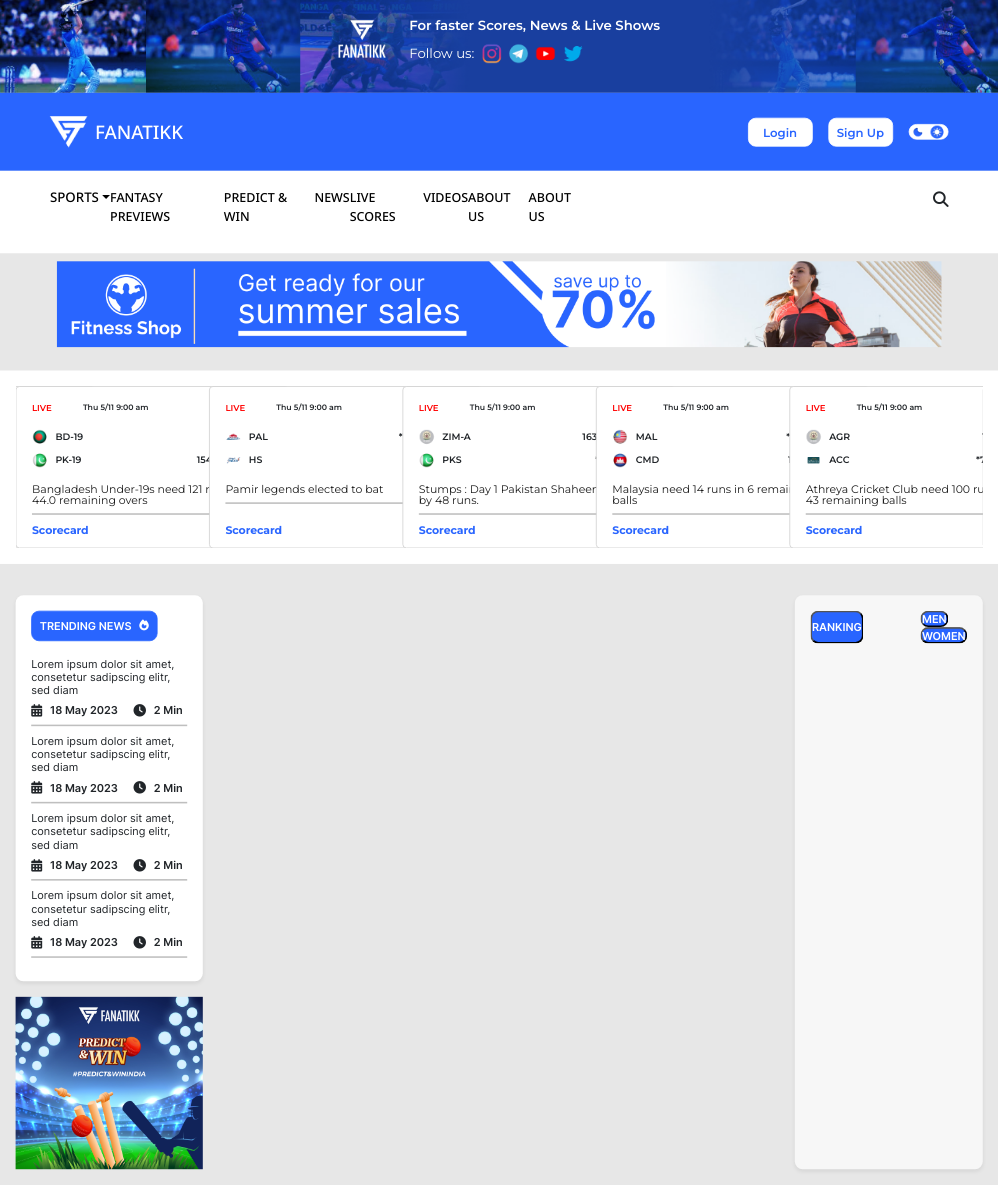
Repository: FlyweisReact/Kannapa
Page: /
An editor plug-in stored every save of this project. The page is shown before and after the next save, followed by the edit.
The browser window is 1280 px wide. The pictures show the whole page, at 78% of full size.
Some web libraries are served in a nearby version. The project was rebuilt for these pictures with package versions that can differ from the ones it lists, and the page was loaded fresh each time. Also part of the build but not shown: src/Components/Layout/Footer.js, src/Components/Sliders/Index-video-Slider.js, src/Components/firstScreen.jsx, src/Components/secondScreen.jsx, src/Components/thirdScreen.jsx, src/Components/fourthScreen.jsx, src/CSS/Footer.css.

Above is the page before, as saved 2023-06-03 15:58:56.

### public/index.html
<!DOCTYPE html>
<html lang="en">
  <head>
    <meta charset="utf-8" />
    <link rel="icon" href="%PUBLIC_URL%/favicon.ico" />
    <meta name="viewport" content="width=device-width, initial-scale=1" />
    <meta name="theme-color" content="#000000" />
    <meta
      name="description"
      content="Web site created using create-react-app"
    />
    <link rel="apple-touch-icon" href="%PUBLIC_URL%/logo192.png" />

    <link rel="manifest" href="%PUBLIC_URL%/manifest.json" />
    <link href="https://fonts.googleapis.com/css2?family=Roboto+Mono:ital,wght@1,300&display=swap" rel="stylesheet">
    <title>React App</title>
  </head>
  <body>
    <noscript>You need to enable JavaScript to run this app.</noscript>
    <div id="root"></div>
    <script src="https://code.jquery.com/jquery-3.6.0.min.js"></script>
    <script src="https://kit.fontawesome.com/b533b351e4.js" crossorigin="anonymous"></script>
  </body>
</html>

### src/CSS/Navbar.css
/**
 * === navbar styling ====
 *
 * @format
 */
.Stick-navbar{
    height: 100%;
    transition: box-shadow 0.3s ease;
    height: 100px;
}
.Navbar {
  display: flex;
  justify-content: space-between;
  background: #2965ff;
  padding: 20px;
  width: 100%;
  gap: 20px;
  position: fixed !important;
  top: 0;
  z-index: 999;
  transition: box-shadow 0.3s ease;
  align-items: center;
}

.Navbar .Left_Container {
  width: 30%;
}
.Navbar .Left_Container .Logo_Div {
  display: flex;
  gap: 10px;
  justify-content: center;
  align-items: center;
}
.Navbar .Left_Container .Logo_Div p {
  color: #fff;
  font-size: var(--mediumFont);
  margin: 0;
}
.Navbar .Left_Container .Logo_Div img {
  width: 47.73px;
  height: 40px;
}

.Navbar .Right_Container {
  width: 70%;
  display: flex;
  justify-content: center;
  gap: 40px;
}
.Navbar .Right_Container .Item {
  display: flex;
  justify-content: baseline;
}

.Navbar .Right_Container .Item p {
  font-size: 16px;
  cursor: pointer;
  color: #ffffff;
  padding-top: 2px;
}

.Navbar .Right_Container .Item .DropDown {
  border: none;
  color: #fff;
  font-size: 17px;
  cursor: pointer;
  color: #ffffff;
  margin: 0;
  padding: 0;
}
.Navbar .Right_Container .Item .fa-magnifying-glass {
  color: #fff;
  font-size: 18px;
  cursor: pointer;
  padding-top: 7px;
}
.Navbar .Right_Container .Item .Toggle{
  width: 51.43px;
  height: 19.03px;
  display: flex;
  justify-content: space-between;
  align-items: center;
  padding-left: 5px;
  padding-right: 5px;
  border-radius: 10px;
  background-color: #fff;
  border: 1px solid #fff;
  cursor: pointer;
  align-items: center;
  margin-top: 8px;
}


/* Header 2 */
.Header1 {
  background-image: url("../../public/Images/22.png");
  color: #ffffff;
  width: 100%;
  background-repeat: no-repeat;
  background-size: cover;
  height: 119px;
  padding: 20px;
}
.Header1 .Main {
  display: flex;
  align-items: center;
  justify-content: center;
  gap: 30px;
}
.Header1 .Main p {
  margin: 0;
}
.Header1 .Main .Head {
  font-family: MontserratNormal;
  font-weight: 600;
  font-size: 17px;
  color: #ffffff;
}

.Header1 .Main .Two {
  display: flex;
  gap: 10px;
  margin-top: 10px;
  align-items: center;
}
.Header1 .Main .Two p {
  font-family: MontserratNormal;
  font-style: normal;
  font-weight: 400;
  font-size: 17px;
  line-height: 17px;
  color: #ffffff;
}
.Header1 .Main .Social {
  display: flex;
  gap: 10px;
  align-items: center;
}

/* Fading Navbar */

.Fading_Nav {
  display: flex;
  justify-content: space-between;
  background: #2965ff;
  padding: 30px;
  width: 100%;
  gap: 20px;
  align-items: center;
  padding-left: 5%;
  padding-right: 5%;
}

.Fading_Nav .Left_Container {
  width: 30%;
}
.Fading_Nav .Left_Container .Logo_Div {
  display: flex;
  gap: 10px;
  justify-content: flex-start;
  align-items: center;
}
.Fading_Nav .Left_Container .Logo_Div p {
  color: #fff;
  font-size: var(--mediumFont);
  margin: 0;
}
.Fading_Nav .Left_Container .Logo_Div img {
  width: 47.73px;
  height: 40px;
}

.Fading_Nav .Right_Container {
  width: 70%;
  display: flex;
  justify-content: flex-end;
  gap: 20px;
  align-items: center;
}
.Fading_Nav .Right_Container button {
  font-family: MontserratNormal;
  font-style: normal;
  font-weight: 600;
  width: 83px;
  height: 37px;
  border-radius: 10px;
  font-size: 15px;
  line-height: 19px;
  color: #2965ff;
  background-color: #fff;
  border: 1px solid #fff;
  cursor: pointer;
}
.Fading_Nav .Right_Container .Toggle {
  width: 51.43px;
  height: 19.03px;
  display: flex;
  justify-content: space-between;
  align-items: center;
  padding-left: 5px;
  padding-right: 5px;
}


/* Fading Category */
.Fading_Category{
    display: flex;
    justify-content: space-between;
    padding: 20px;
    background-color: #fff;
    padding-left: 5%;
    padding-right: 5%;
}
.Fading_Category .Left_Container {
    display: flex;
    justify-content: space-between;
    width: 60%;
}

.Fading_Category .Left_Container .Item {
    display: flex;
    justify-content: baseline;
  }

  .Fading_Category .Left_Container .Item p {
    font-size: 16px;
    cursor: pointer;
    color: #000;
    padding-top: 2px;
  }

  .Fading_Category .Left_Container .Item .DropDown {
    border: none;
    font-size: 17px;
    cursor: pointer;
    color: #000;
    margin: 0;
    padding: 0;
    border: none;
  }

.Fading_Category .Right_Container i{
    font-size: 20px;
    padding-top: 7px;
}


/* Fading Effect */
.HomePage{
    min-height: 200vh;
}
.fade-out{
    opacity: 0;
    transition: opacity 0.5s;
    height: 0;
    overflow: hidden;
}
.fade-in{
    opacity: 1;
    transition: opacity 0.5s;
    height: auto;
    overflow: hidden;
    width: 100%;
}

### src/CSS/Component.css
/** @format */

/* Fading Header */

/* Home Screen */
.Index_Center_Banner {
  width: 100%;
  padding: 10px;
}

.Index_Center_Banner img {
  width: 90%;
  display: block;
  margin: auto;
}

.Index_Center_GIF {
  width: 100%;
  padding: 10px;
}

.Index_Center_GIF img {
  width: 90%;
  display: block;
  margin: auto;
  height: 500px;
}

.Index_Center_Desc {
  display: flex;
  width: 90%;
  padding: 10px;
  margin: auto;
}

.Index_Center_Desc .Main_Comp {
  text-align: left;
}
.Index_Center_Desc .Main_Comp .head {
  font-size: 36px;
  color: #1d1d1d;
  text-shadow: 0px 1px 1px rgba(37, 37, 37, 0.5);
  margin: 0;
}

.Index_Center_Desc .Main_Comp .Two_Sec {
  display: flex;
  gap: 10px;
  align-items: flex-start;
}
.Index_Center_Desc .Main_Comp .Two_Sec img {
  height: 20px;
  margin-top: 4px;
}

.Index_Center_Desc .Main_Comp .Two_Sec p {
  color: rgba(29, 29, 29, 0.6);
  text-shadow: 0px 1px 1px rgba(37, 37, 37, 0.5);
  font-style: italic;
}

.Index_Center_Desc .Main_Comp .desc p {
  font-size: 16px;
  line-height: 24px;
  align-items: center;
  color: rgba(29, 29, 29, 0.6);
  max-width: 60%;
  font-style: italic;
  margin: 0;
}
.first5 p u {
  color: #333;
}

.Index_Logo_Div {
  display: flex;
  justify-content: space-between;
  align-items: center;
  width: 90%;
  margin: auto;
  padding-top: 10px;
  padding-bottom: 10px;
}
.Index_Logo_Div .Left_Comp {
  display: flex;
  gap: 10px;
  align-items: center;
}
.Index_Logo_Div .Right_Comp img {
  cursor: pointer;
}

.Index_Video_Slider {
  width: 90%;
  display: block;
  margin: auto;
  padding-top: 10px;
  padding-bottom: 10px;
}

.Video_Slider {
  width: 100%;
  /* padding: 20px; */
  display: block;
  margin: auto;
}
.Video_Slider .Main_Item {
  background: #ffffff;
  border: 1px solid #1d1d1d;
  border-radius: 10px;
  height: 400px;
}
.Video_Slider .Main_Item img {
  width: 100%;
  border-radius: 10px 10px 0px 0px;
}
.Video_Slider .Main_Item p {
  padding: 10px;
  font-family: Montserrat;
  font-size: 15px;
  line-height: 18px;
  color: #1d1d1d;
}
.Video_Slider .Main_Item:focus {
  outline: none;
}

.Index_Center_Button {
  width: 90%;
  display: block;
  margin: auto;
  padding-top: 10px;
  padding-bottom: 10px;
  margin-top: 2%;
  position: relative;
}
.Index_Center_Button button {
  font-family: Montserrat;
  font-size: 16px;
  line-height: 20px;
  text-transform: uppercase;
  width: 256px;
  color: #ffffff;
  background: #2965ff;
  border: 1px solid #2965ff;
  border-radius: 25px;
  padding: 10px;
  display: block;
  margin: auto;
}

.Index_Center_Button .empty {
  height: 4px !important;
  position: absolute;
  top: 50%;
  left: 50%;
  transform: translate(-50%, -50%);
  z-index: -1;
  background-color: #2965ff;
  width: 100%;
}

.Index_Three_Cont {
  width: 90%;
  display: grid;
  grid-template-columns: auto auto auto;
  gap: 20px;
  margin: auto;
  padding-top: 20px;
}
.Index_Three_Cont .Main_Component .head {
  font-family: Montserrat;
  font-style: normal;
  font-weight: 700;
  font-size: 22.3418px;
  line-height: 30px;
  color: #1d1d1d;
}
.Index_Three_Cont .Main_Component img {
  width: 100%;
}
.Index_Three_Cont .Main_Component .desc {
  font-family: Montserrat;
  font-style: normal;
  font-weight: 300;
  font-size: 15.9584px;
  line-height: 40px;
}

/* Score_Card_Slider */
.ScoreCard_Slider {
  background-color: #ffffff;
  padding: 20px;
  margin-top: 20px;
  margin-bottom: 20px;
}
.ScoreCard_Slider .Main_Item {
  border: 1px solid #cfcfcf;
  background-color: #fff;
  border-radius: 5px;
  padding: 20px;
  width: 350px !important;
  height: 208px !important;
  position: relative;
}
.ScoreCard_Slider .Main_Item .two_Sec {
  display: flex;
  gap: 40px;
  align-items: center;
  margin-bottom: 20px;
}
.ScoreCard_Slider .Main_Item .two_Sec p {
  margin: 0;
  font-family: MontserratNormal;
  font-style: normal;
  font-weight: 600;
  font-size: 10px;
  line-height: 14px;
}
.ScoreCard_Slider .Main_Item .two_Sec .first {
  margin: 0;
  font-family: MontserratNormal;
  font-style: normal;
  font-weight: 600;
  font-size: 11px;
  line-height: 14px;
  color: #ff0000;
}
.ScoreCard_Slider .slick-next:before {
  display: none !important;
}

.ScoreCard_Slider .Main_Item .Flags_Div {
  display: flex;
  justify-content: space-between;
  align-items: center;
  gap: 10px;
  margin-top: 10px;
}

.ScoreCard_Slider .Main_Item .Flags_Div div {
  display: flex;
  gap: 10px;
  align-items: center;
}
.ScoreCard_Slider .Main_Item .Flags_Div div p {
  margin: 0;
  font-family: MontserratNormal;
  font-style: normal;
  font-weight: 600;
  font-size: 12px;
  line-height: 17px;
}
.ScoreCard_Slider .Main_Item .desc {
  color: #1d1d1d;
  font-family: MontserratNormal;
  font-style: normal;
  font-weight: 400;
  font-size: 14px;
  line-height: 14px;
  width: 90%;
  margin: 0;
  margin-top: 20px;
}
.ScoreCard_Slider .Main_Item .empty {
  background-color: #bfbfbf;
  width: 100%;
  height: 2px;
  margin-top: 10px;
}
.ScoreCard_Slider .Main_Item .Scorecard {
  font-family: MontserratNormal;
  font-style: normal;
  font-weight: 700;
  font-size: 14px;
  line-height: 14px;
  position: absolute;
  letter-spacing: -0.11px;
  color: #2965ff;
  bottom: 0;
}

/* Index_Three_Sec_Layout */
.Index_Three_Sec_Layout {
  width: 100%;
  padding: 20px;
  display: flex;
  gap: 20px;
}
.Index_Three_Sec_Layout .left_Comp {
  width: 20%;
}
.Index_Three_Sec_Layout .Mid_Comp {
  width: 60%;
}
.Index_Three_Sec_Layout .Right_Comp {
  width: 20%;
}

.Index_Three_Sec_Layout .left_Comp .Trading_News {
  background-color: #fff;
  padding: 20px;
  box-shadow: 0px 3px 6px rgba(0, 0, 0, 0.08);
  border-radius: 10px;
}
.Index_Three_Sec_Layout .left_Comp .Trading_News button {
  background-color: #2965ff;
  color: #fff;
  border: 1px solid #2965ff;
  text-transform: uppercase;
  border-radius: 10px;
  font-style: normal;
  font-weight: 600;
  font-size: 14px;
  line-height: 17px;
  font-family: Inter;
  padding: 10px;
  display: flex;
  gap: 10px;
  align-items: center;
  margin-bottom: 20px;
}

.Index_Three_Sec_Layout .left_Comp .Trading_News .desc {
  margin-top: 10px;
}
.Index_Three_Sec_Layout .left_Comp .Trading_News .desc .head {
  font-family: Inter;
  font-style: normal;
  font-weight: 400;
  font-size: 14px;
  line-height: 17px;
  margin: 0;
}

.Index_Three_Sec_Layout .left_Comp .Trading_News .desc .two_sec {
  display: flex;
  align-items: center;
  gap: 20px;
  margin-top: 10px;
}
.Index_Three_Sec_Layout .left_Comp .Trading_News .desc .two_sec div {
  display: flex;
  align-items: center;
  gap: 10px;
}
.Index_Three_Sec_Layout .left_Comp .Trading_News .desc .two_sec div p {
  margin: 0;
  font-family: Inter;
  font-style: normal;
  font-weight: 600;
  font-size: 14px;
  line-height: 8px;
}
.Index_Three_Sec_Layout .left_Comp .Trading_News .desc .empty {
  width: 100%;
  height: 2px;
  background-color: #bfbfbf;
  margin-top: 10px;
  margin-bottom: 10px;
}
.Index_Three_Sec_Layout .left_Comp .BigImage {
  width: 100%;
  padding-top: 20px;
}
.Index_Three_Sec_Layout .left_Comp .BigImage img {
  width: 100%;
  display: block;
  margin: auto;
}

.Index_Three_Sec_Layout .Right_Comp {
  background: #f7f7f7;
  box-shadow: 0px 3px 6px rgba(0, 0, 0, 0.08);
  border-radius: 10px;
  padding: 20px;
}


.Index_Three_Sec_Layout .Right_Comp  .Main_Item .Three_Sec {
  display: flex;
  justify-content: space-between;
}
.Index_Three_Sec_Layout .Right_Comp  .Main_Item .Three_Sec button {

  background: #2965FF;
border-radius: 10px;
font-family: 'Inter';
font-style: normal;
font-weight: 600;
font-size: 14px;
line-height: 17px;
/* identical to box height */

display: flex;
align-items: center;
text-transform: uppercase;

color: #FFFFFF;
}

Loaded but not shown: src/App.css (common file); src/Components/Sliders/ScoreCard.js (443 lines, source omitted); src/Pages/HomeScreen.js (152 lines, source omitted); src/Components/Layout/Navbar.js (71 lines, source omitted); src/Components/Layout/FadingNav/FadingCategory.js (57 lines, source omitted); src/App.js (32 lines, source omitted); src/Components/Layout/FadingNav/FadingNav.js (27 lines, source omitted); src/Components/Layout/FadingNav/Header1.js (32 lines, source omitted); src/index.js (17 lines, source omitted); src/index.css (634 lines, source omitted)

After the next save:
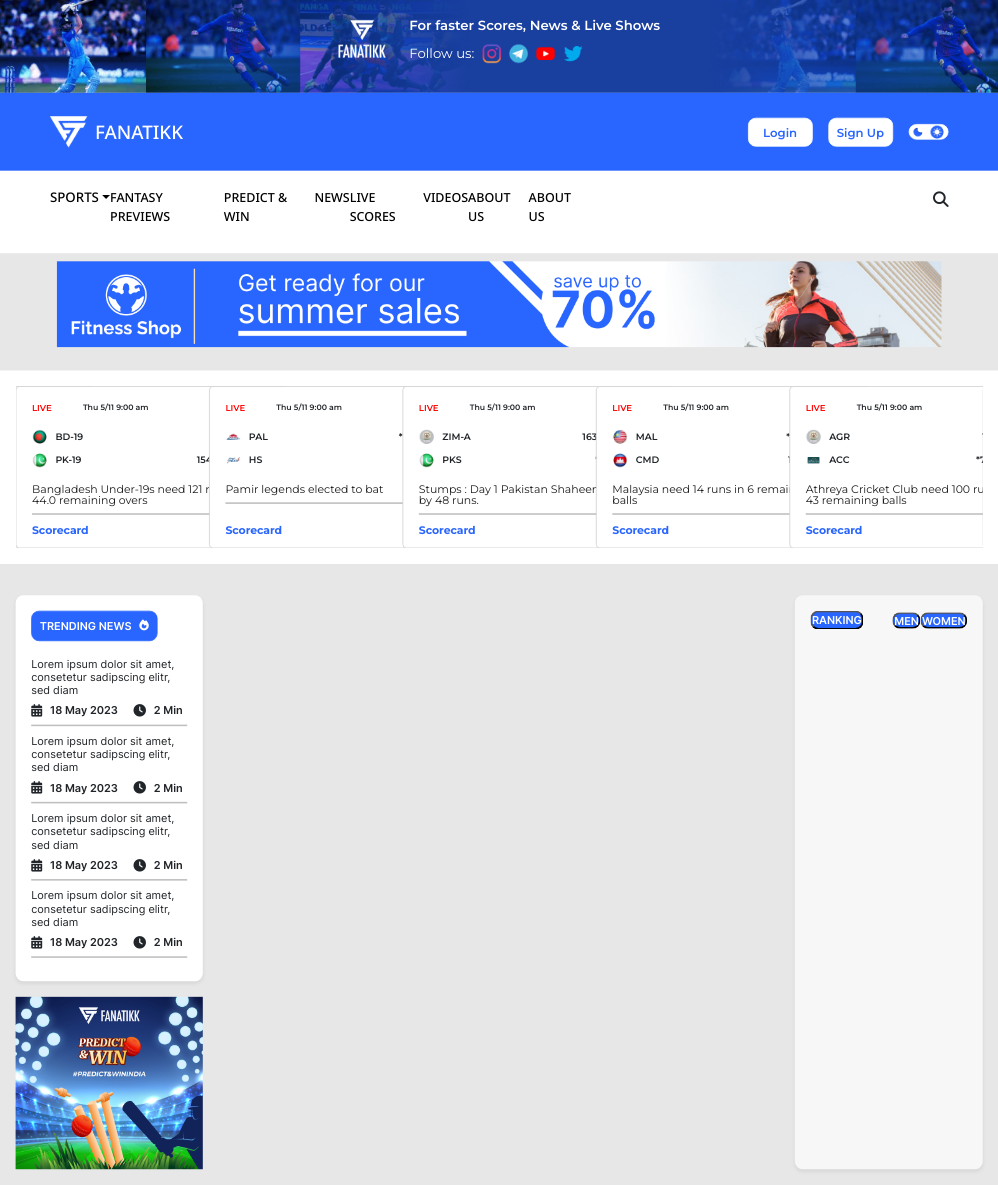
Saved 5 s later.
--- a/src/CSS/Component.css
+++ b/src/CSS/Component.css
@@ -390,10 +390,6 @@ font-style: normal;
 font-weight: 600;
 font-size: 14px;
 line-height: 17px;
-/* identical to box height */
-
-display: flex;
-align-items: center;
 text-transform: uppercase;
 
 color: #FFFFFF;
